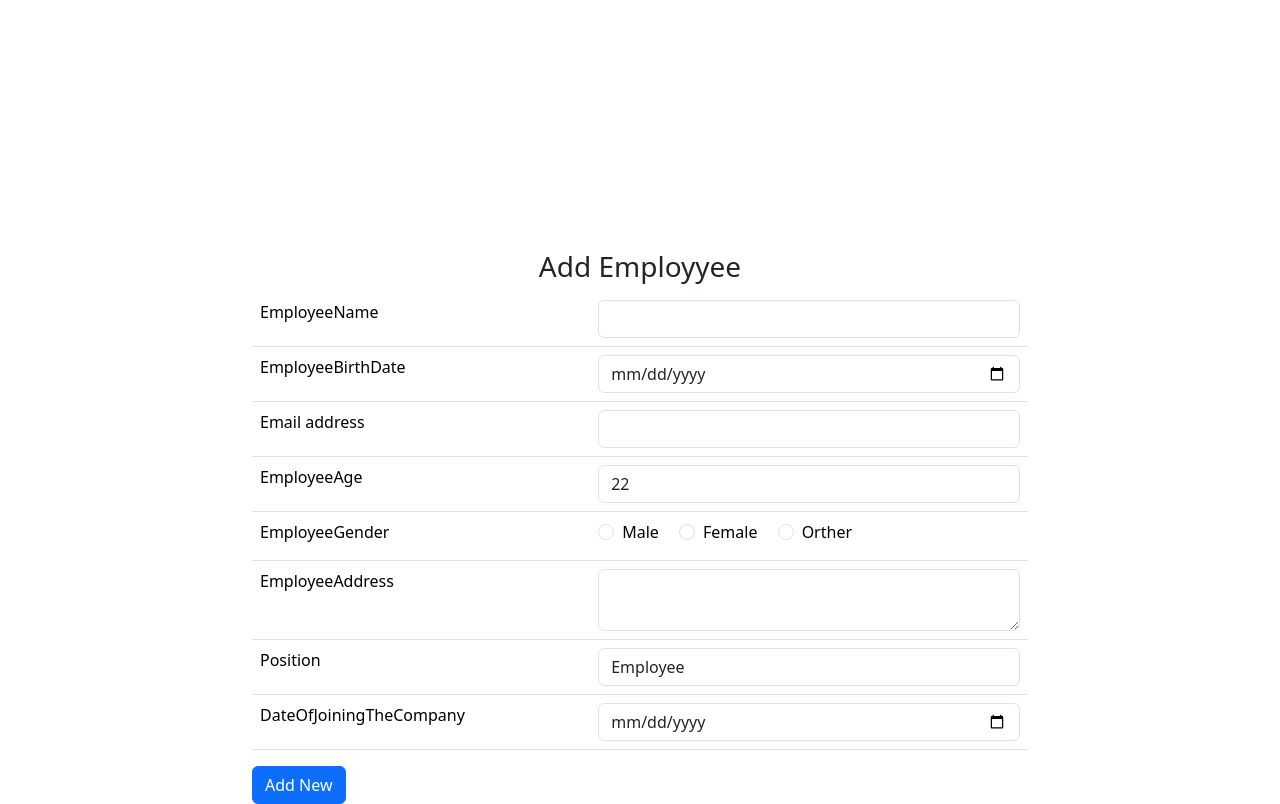
Repository: tranhuuan1703/BaiTapServlet
Page: http://localhost/bai_tap_jsp_servlet/views/Add.jsp
An editor plug-in stored every save of this project. The page is shown before and after the next save, followed by the edit.
The browser window is 1280 px wide. The pictures show the whole page.
Some web libraries are served in a nearby version. The page is served by Tomcat 9. Other server files are loaded and not shown.

Above is the page before, as saved 2024-08-14 07:09:09.

### bai_tap_jsp_servlet/bai_tap_jsp_servlet/src/main/webapp/views/Add.jsp
<%@ page language="java" contentType="text/html; charset=UTF-8"
   pageEncoding="UTF-8"%>
<%@ taglib prefix="c" uri="http://java.sun.com/jsp/jstl/core"%>
<!DOCTYPE html>
<html>
   <head>
      <meta charset="UTF-8">
      <title>Insert title here</title>
      <link href="https://cdn.jsdelivr.net/npm/bootstrap@5.3.3/dist/css/bootstrap.min.css"
         rel="stylesheet"
         integrity="sha384-QWTKZyjpPEjISv5WaRU9OFeRpok6YctnYmDr5pNlyT2bRjXh0JMhjY6hW+ALEwIH"
         crossorigin="anonymous">
      <script src="https://cdn.jsdelivr.net/npm/bootstrap@5.3.3/dist/js/bootstrap.bundle.min.js"
         integrity="sha384-YvpcrYf0tY3lHB60NNkmXc5s9fDVZLESaAA55NDzOxhy9GkcIdslK1eN7N6jIeHz"
         crossorigin="anonymous"></script>
      <script src="https://ajax.googleapis.com/ajax/libs/jquery/1.12.0/jquery.min.js"></script>
      <script src="https://unpkg.com/dayjs@1.8.21/dayjs.min.js"></script>
      <link href="<c:url value="/css/base.css"/>" rel="stylesheet" type="text/css" />
   </head>
   <body>


      <div class="container" style="margin-top:250px; width:800px; border-radius: 10px;">
      	<center><h3>Add Employyee</h3></center>
         <form id="updateForm" action="addEmployeeController" method="get">
            <table class="table">

               <tr>
                  <td><label for="nameEmployee" class="form-label">EmployeeName</label></td>
                  <td>
                     <input type="text" class="form-control" id="nameEmployee" aria-describedby="emailHelp" name="nameEmployee" required="required" pattern="^[^\d]+$">
                     <span class="rq">${msgUserName}</span>
                  </td>

               </tr>
               <tr>
                  <td><label for="birthDayEmployee" class="form-label">EmployeeBirthDate</label></td>
                  <td>
                     <input type="date" class="form-control" id="birthDayEmployee" name="birthDayEmployee" required="required">
                     <span class="rq">${msgEmployeeBirthDate}</span>
                  </td>

               </tr>
               <tr>
                  <td><label for="emailEmployee" class="form-label">Email address</label></td>
                  <td>
                     <input type="email" class="form-control" id="emailEmployee" aria-describedby="emailHelp" name="emailEmployee" required="required">
                     <span class="rq">${msgEmail}</span>

                  </td>
               </tr>
               <tr>
                  <td><label for="ageEmployee" class="form-label">EmployeeAge</label></td>
                  <td>
                     <input type="number" class="form-control" id="ageEmployee" aria-describedby="emailHelp" value="22" readonly name="ageEmployee">
                     <span class="rq">${msgEmployeeAge}</span>
                  </td>
               </tr>
               <tr>
                  <td><label for="inlineRadio1" class="form-label">EmployeeGender</label></td>
                  <td>
                     <div class="form-check form-check-inline">
                        <input class="form-check-input" type="radio" name="inlineRadioOptions" id="inlineRadio1" value="male">
                        <label class="form-check-label" for="inlineRadio1">Male</label>
                     </div>
                     <div class="form-check form-check-inline">
                        <input class="form-check-input" type="radio" name="inlineRadioOptions" id="inlineRadio2" value="female">
                        <label class="form-check-label" for="inlineRadio2">Female</label>
                     </div>
                     <div class="form-check form-check-inline">
                        <input class="form-check-input" type="radio" name="inlineRadioOptions" id="inlineRadio3" value="option3">
                        <label class="form-check-label" for="inlineRadio3">Orther</label>
                     </div>
                     <span class="rq">${msgGender}</span>
                  </td>
               </tr>
               <tr>
                  <td><label for="addressEmployee" class="form-label">EmployeeAddress</label></td>
                  <td>
                     <textarea  class="form-control" id="addressEmployee" aria-describedby="emailHelp" name="addressEmployee"></textarea>

                  </td>
               </tr>
               <tr>
                  <td><label for="exampleInputEmail1" class="form-label">Position</label></td>
                  <td>
                     <select class="form-control" id="selection" name="position">
                        <option value="employee">Employee</option>
                        <option value="boss">Boss</option>
                     </select>
                     <span class="rq">${msgPosition}</span>
                  </td>
               </tr>
               <tr>
                  <td><label for="dateJoiningBirthday" class="form-label">DateOfJoiningTheCompany</label></td>
                  <td>
                		<input type="date" class="form-control" id="dateJoiningCompany" name="dateJoiningCompany" required="required" max="">
                     	<span class="rq">${msgDateJoinCompany}</span>
                  </td>
               </tr>
            </table>
            <button type="submit" class="btn btn-primary">Add New</button>
         </form>
      </div>
   </body>
 <script>

 $("#birthDayEmployee, #dateJoiningCompany").blur(function(){
	    const dateValue = new Date($(this).val());

	    if (isNaN(dateValue)) {
	        return '';
	    }

	    const day = String(dateValue.getDate()).padStart(2, '0');
	    const month = String(dateValue.getMonth() + 1).padStart(2, '0');
	    const year = dateValue.getFullYear();

	    var text = day + "/" + month + "/" + year;
	    $(this).attr("type","text");
	    $(this).val(text);
});


 $("#birthDayEmployee").blur(function(){

		var date1 = new Date();

		var values = $(this).val();
		var yeard = parseInt(values.substr(6, values.length));

		currentYear = date1.getFullYear();

		age = currentYear - yeard;
		$("#ageEmployee").val(age);
	});

	$("#updateForm").submit(function(){

		$("#inputEmployeeId").disabled = false;


	})




	$("form").on('submit', function(){

	  var inputDate = new Date(document.getElementById('dateJoiningCompany').value);
	  var today = new Date();


	  var isConfirmed = confirm("Bạn có chắc muốn thêm nhân viên này?");

	  if (!isConfirmed){
		  event.preventDefault();
	  }
	})


	// Lấy ngày hiện tại
    var today = new Date().toISOString().split('T')[0];
    // Đặt giá trị max của input là ngày hiện tại
    document.getElementById('dateJoiningCompany').setAttribute('max', today);
    // Thiết lập giá trị max là ngày hiện tại
    document.getElementById('dateJoiningCompany').max = new Date().toISOString().split("T")[0];

    /*function formatDate() {
        const dateInput = document.getElementById('dateJoiningCompany').value;
        if (dateInput) {
            const [year, month, day] = dateInput.split("-");
            const formattedDate = `${day}/${month}/${year}`;
            document.getElementById('dateJoiningCompany').value = formattedDate;
            return;
        }
    }*/
 </script>

</html>

### bai_tap_jsp_servlet/bai_tap_jsp_servlet/src/main/webapp/css/base.css
@charset "UTF-8";



	/* styles.css */


/* Phong cách cơ bản của popup */
.popup {
    display: none; /* Ẩn popup mặc định */
    position: fixed;
    z-index: 1;
    left: 0;
    top: 0;
    width: 100%;
    height: 100%;
    overflow: auto;
    background-color: rgba(0, 0, 0, 0.5); /* Màu nền mờ */
}

/* Nội dung của popup */
.popup-content {
    background-color: white;
    margin: 15% auto; /* Căn giữa */
    padding: 20px;
    border: 1px solid #888;
    width: 80%;
    max-width: 700px; /* Giới hạn chiều rộng */
}

/* Nút đóng popup */
.close-btn {
    color: #aaa;
    float: right;
    font-size: 28px;
    font-weight: bold;
}

.close-btn:hover,
.close-btn:focus {
    color: black;
    text-decoration: none;
    cursor: pointer;
}


.intro {
  height: 100%;
}

table td,
table th {
  text-overflow: ellipsis;
  white-space: nowrap;
  overflow: hidden;
}

thead th {
  color: #fff;
}

.card {
  border-radius: .5rem;
}

.table-scroll {
  border-radius: .5rem;
}

.table-scroll table thead th {
  font-size: 1.25rem;
}
thead {
  top: 0;
  position: sticky;
}

/* bao loi */
.rq{
		color: red;
	}

After the next save:
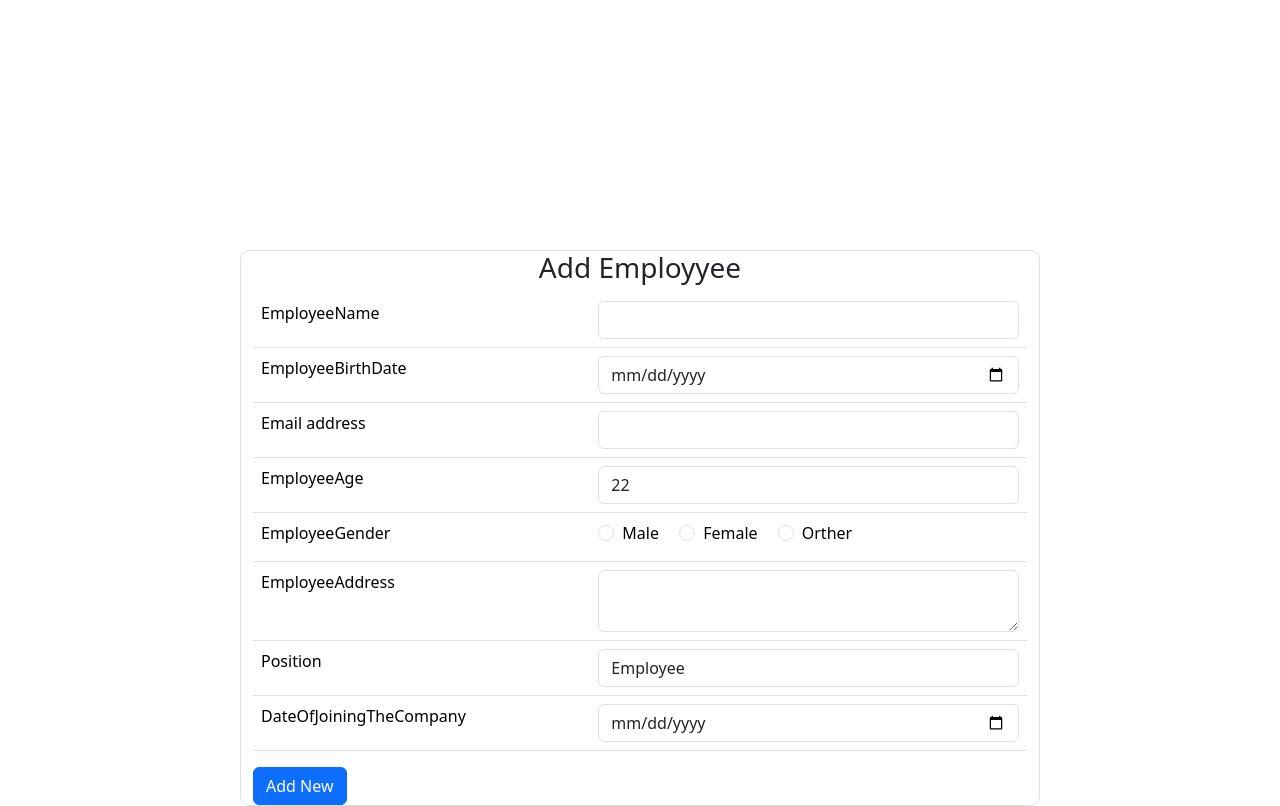
Saved 26 s later.
--- a/bai_tap_jsp_servlet/bai_tap_jsp_servlet/src/main/webapp/views/Add.jsp
+++ b/bai_tap_jsp_servlet/bai_tap_jsp_servlet/src/main/webapp/views/Add.jsp
@@ -20,7 +20,7 @@
    <body>
 
 
-      <div class="container" style="margin-top:250px; width:800px; border-radius: 10px;">
+      <div class="container border" style="margin-top:250px; width:800px; border-radius: 10px;">
       	<center><h3>Add Employyee</h3></center>
          <form id="updateForm" action="addEmployeeController" method="get">
             <table class="table">
